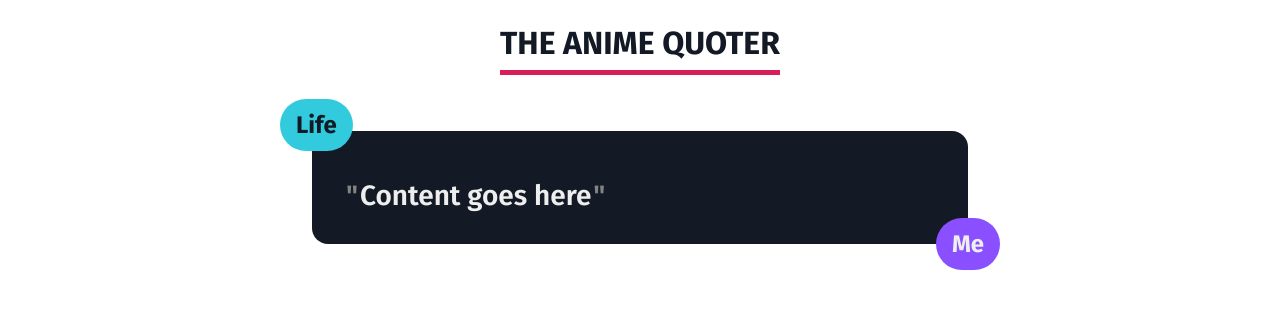
Repository: kate30980/quote-generator-vuejs
Page: /
An editor plug-in stored every save of this project. The page is shown before and after the next save, followed by the edit.
The browser window is 1280 px wide. The pictures show the whole page.
The project was rebuilt for these pictures with package versions that can differ from the ones it lists, and the page was loaded fresh each time.

Above is the page before, as saved 2021-08-24 14:37:37.

### public/index.html
<!DOCTYPE html>
<html lang="">

<head>
  <meta charset="utf-8">
  <meta http-equiv="X-UA-Compatible" content="IE=edge">
  <meta name="viewport" content="width=device-width,initial-scale=1.0">
  <link rel="icon" href="<%= BASE_URL %>favicon.ico">
  <title>
    <%= htmlWebpackPlugin.options.title %>
  </title>
  <link rel="preconnect" href="https://fonts.googleapis.com">
  <link rel="preconnect" href="https://fonts.gstatic.com" crossorigin>
  <link href="https://fonts.googleapis.com/css2?family=Fira+Sans:wght@300;400;600;700&display=swap" rel="stylesheet">
</head>

<body>
  <noscript>
    <strong>We're sorry but <%= htmlWebpackPlugin.options.title %> doesn't work properly without JavaScript enabled.
        Please enable it to continue.</strong>
  </noscript>
  <div id="app"></div>
  <!-- built files will be auto injected -->
</body>

</html>

### src/App.vue
<template>
  <div class="app">
    <Header title="The Anime Quoter" />
    <Quote :quote="quote" />
  </div>
</template>

<script>

import Header from './components/Header.vue';
import Quote from './components/Quote.vue'

export default {
  name: 'App',
  components: {
    Header,
    Quote
  },
  data(){
    return{
      quote: {
        content: 'Content goes here',
        anime: 'Naruto',
        character: 'Madara'
      },
      quotes: [],
    }
  }
}
</script>

<style Lang="sass">
:root{
  --primary: #D81E58;
  --secondary: #8A4FFF;
  --tertiary: #32CBDD;
  --dark: #131A26;
  --light: #EEE;
  --grey: #848484;
}
*{
  margin: 0;
  padding: 0;
  box-sizing: border-box;
  font-family: 'Fira Sans', sans-serif;
}
</style>

### src/components/Header.vue
<template>
    <header>
        <h1>{{ title }}</h1>
    </header>
</template>

<script>
export default {
  props: ['title']
}
</script>


<style Lang="sass" scoped>
header{
    padding: 24px 32px;
    display: flex;
    justify-content: center;
}
h1{
    font-size: 32px;
    color: var(--dark);
    font-weight: 700;
    text-align: center;
    text-transform: uppercase;
    padding-bottom: 8px;
    border-bottom: 5px solid var(--primary);

}
</style>

### src/components/Quote.vue
<template>
  <section class="quote">
      <div class="quote-content">
          {{ quote.content }}
      </div>
      <div class="quote-info">
        <div class="quote-anime">
            Life
        </div>
        <div class="quote-author">
            Me
        </div>
      </div>
  </section>
</template>

<script>
export default {
  props: ['quote']
}
</script>


<style Lang="sass" scoped>
.quote{
    position: relative;
    margin: 0 auto;
    padding: 32px;
    max-width: 720px;
}
.quote-content{
    position: relative;
    font-size: 28px;
    font-weight: 600;
    background-color: var(--dark);
    color: var(--light);
    padding: 48px 32px 32px;
    border-radius:16px;
}
.quote-content:before, .quote-content:after{
    content: '"';
    color: var(--grey);
    margin: 0 2px;
}
.quote-info{
    position: absolute;
    top: 0;left: 0;right: 0;bottom: 0;
    padding: 32px;
}
.quote-author,.quote-anime{
    position: absolute;
    padding: 12px 16px;
    font-size: 24px;
    font-weight: 700;
    border-radius: 99px;
    color: var(--light);
    text-align: center;
}
.quote-author{
    top: calc(100% - 32px);right: 0;
    transform: translateY(-50%);
    background-color: var(--secondary );
}
.quote-anime{
    top: 0;
    left: 0;
    background-color: var(--tertiary);
    color: var(--dark);
}
</style>

Loaded but not shown: src/main.js (common file)

After the next save:
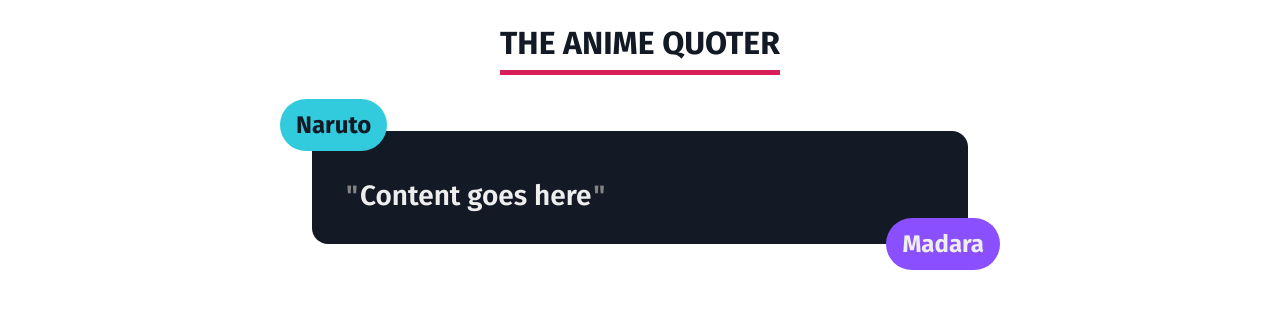
Saved 31 s later.
--- a/src/components/Quote.vue
+++ b/src/components/Quote.vue
@@ -5,10 +5,10 @@
       </div>
       <div class="quote-info">
         <div class="quote-anime">
-            Life
+            {{ quote.anime }}
         </div>
         <div class="quote-author">
-            Me
+            {{ quote.character }}
         </div>
       </div>
   </section>
